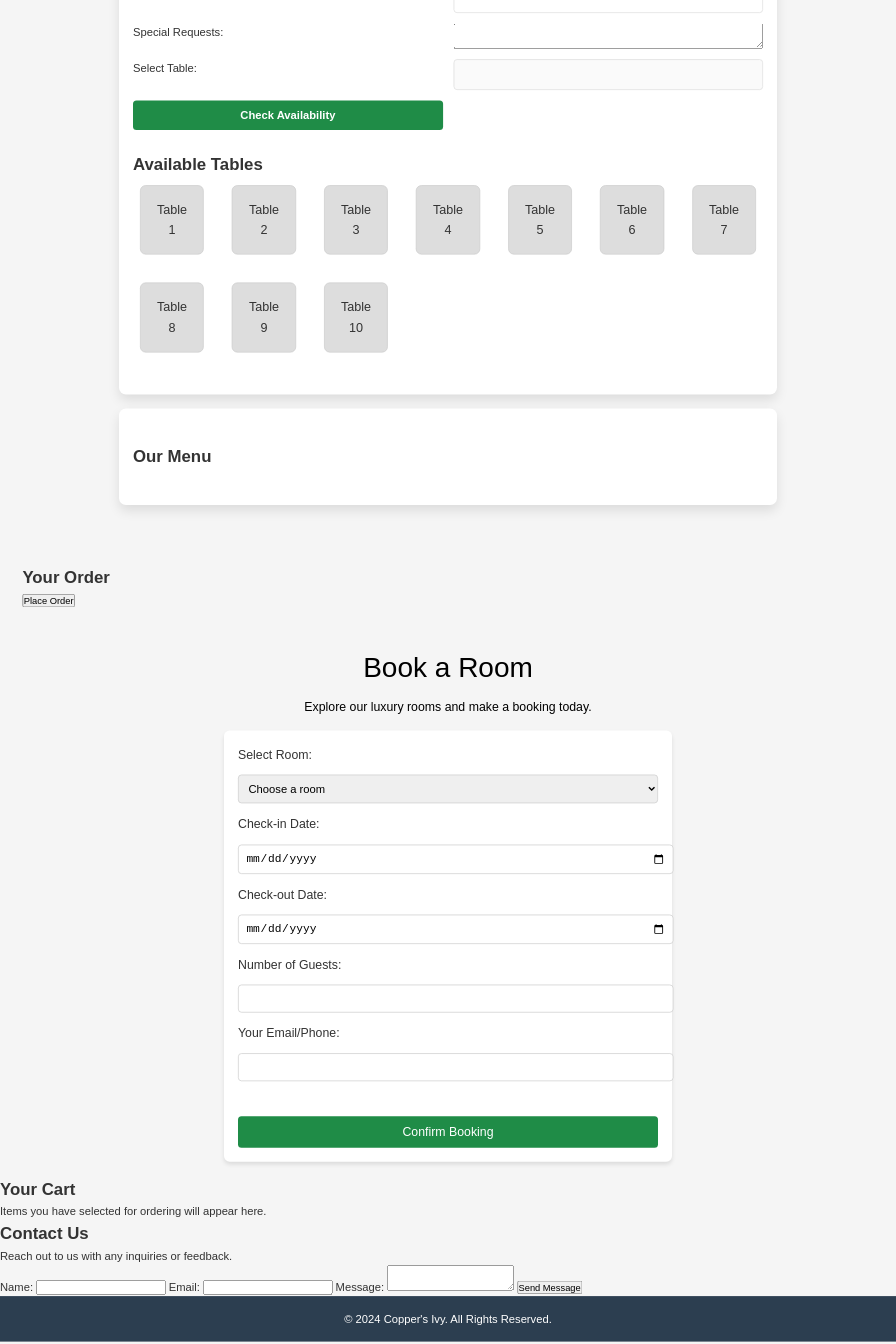
Repository: malingubarnice/Online-Reservation-System
Page: index.html
The author's editor kept a copy of each file at every save. The page is drawn from the files as they stood at one save, then again after the next save.
The browser window is 1280 px wide. The pictures show the part of the page from y = 1231 to 3151 px (the page is 3151 px tall before and 2573 px after), at 70% of full size.

Above is the page before, as saved 2025-01-06 13:56:02.

### index.html
<!DOCTYPE html>
<html lang="en">
<head>
  <meta charset="UTF-8">
  <meta name="viewport" content="width=device-width, initial-scale=1.0">
  <title>Copper's Ivy Integrated Suite</title>
  <link rel="stylesheet" href="styles.css">
</head>



<body>
  <!-- Navigation Bar -->
  <header>
    <div class="logo">
      <img src="assets/logo.jpg" alt="Copper Ivy Logo">
    </div>
    <nav class="navbar">
      <ul>
        <li><a href="#home">Home</a></li>
        <li><a href="#reservations">Reservations</a></li>
        <li><a href="#menu">Menu</a></li>
        <li><a href="#order-online">OrderOnline</a></li>
        <li><a href="#rooms">Rooms</a></li>
        <li><a href="#cart">Cart</a></li>
        <li><a href="#contact">Contact Us</a></li>
      </ul>
    </nav>
  </header>




  <!-- Hero Section -->
  <section id="home" class="hero">
    <h1>Welcome to Copper's Ivy</h1>
    <p>Experience fine dining and lodging.</p>
    <a href="#reservations" class="btn">Make a Reservation</a>
  </section>

  <!-- Features Section -->
  <section class="features">
    <div class="feature">
      <h2>Reserve Your Table</h2>
      <p>Book a table effortlessly with our online reservation system.</p>
      <a href="#reservations" class="btn">Book Now</a>
    </div>
    <div class="feature">
      <h2>Order Online</h2>
      <p>Enjoy your favorite dishes delivered to your door.</p>
      <a href="#menu" class="btn">Order Now</a>
    </div>
    <div class="feature">
      <h2>Book a Room</h2>
      <p>Experience luxury lodging at Copper’s Ivy.</p>
      <a href="#rooms" class="btn">Book a Room</a>
    </div>
  </section>




  <!-- Reservations Section -->
<section id="reservations">
    <h1>Make a Reservation</h1>
    <div class="reservation-form">
        <label for="date">Select Date:</label>
        <input type="date" id="date" required>

        <label for="time">Select Time:</label>
        <input type="time" id="time" required>

        <label for="party-size">Party Size:</label>
        <input type="number" id="party-size" min="1" max="20" required>

        <!-- New fields for contact info and special requests -->
        <label for="customer-name">Name:</label>
        <input type="text" id="customer-name" required>

        <label for="contact-info">Contact Info (Email or Phone):</label>
        <input type="text" id="contact-info" required>

        <label for="special-requests">Special Requests:</label>
        <textarea id="special-requests"></textarea>

        <!-- New field to show selected table -->
        <label for="selected-table">Select Table:</label>
        <input type="text" id="selected-table" disabled> <!-- Hidden field to store the selected table -->

        <button class="reserve-btn">Check Availability</button>
    </div>

    <!-- Table Layout Section -->
    <div class="table-layout">
        <h2>Available Tables</h2>
        <div class="tables">
            <!-- Table icons dynamically loaded -->
        </div>
    </div>
</section>


  <!-- Menu Section -->
  <section id="menu">
    <h1>Our Menu</h1>
    <div class="menu-items">
      <!-- Menu items dynamically loaded -->
    </div>
  </section>

    <!-- Order Section -->
    <section id="order-online">
        <!-- Menu Items -->
        <div class="menu-items">
            <!-- Menu items dynamically loaded from the backend -->
        </div>

        <!-- Order Form -->
        <div class="order-form">
            <h2>Your Order</h2>
            <div class="order-list">
                <!-- Dynamically added ordered items will appear here -->
            </div>
            <button class="place-order-btn">Place Order</button>
        </div>
    </section>


  <!-- Rooms Section -->
<section id="rooms">
  <h1>Book a Room</h1>
  <p>Explore our luxury rooms and make a booking today.</p>

  <div class="room-list">
    <!-- Room cards dynamically loaded -->
  </div>

  <!-- Booking Form -->
  <div class="booking-form">
    <form id="room-booking-form">
      <label for="room-selection">Select Room:</label>
      <select id="room-selection" required>
        <option value="">Choose a room</option>
        <!-- Room options will be populated dynamically -->
      </select>

      <label for="check-in-date">Check-in Date:</label>
      <input type="date" id="check-in-date" required>

      <label for="check-out-date">Check-out Date:</label>
      <input type="date" id="check-out-date" required>

      <label for="guest-count">Number of Guests:</label>
      <input type="number" id="guest-count" required min="1">

      <label for="contact-info">Your Email/Phone:</label>
      <input type="text" id="contact-info" required>

      <p id="price"></p> <!-- Display room price -->

      <button type="submit">Confirm Booking</button>
    </form>
  </div>
</section>


  <!-- Cart Section -->
  <section id="cart">
    <h1>Your Cart</h1>
    <p>Items you have selected for ordering will appear here.</p>
    <div class="cart-items">
      <!-- Cart items dynamically loaded -->
    </div>
  </section>

  <!-- Contact Section -->
  <section id="contact">
    <h1>Contact Us</h1>
    <p>Reach out to us with any inquiries or feedback.</p>
    <form class="contact-form">
      <label for="name">Name:</label>
      <input type="text" id="name" required>

      <label for="email">Email:</label>
      <input type="email" id="email" required>

      <label for="message">Message:</label>
      <textarea id="message" required></textarea>

      <button type="submit" class="btn">Send Message</button>
    </form>
  </section>

  <!-- Footer -->
  <footer>
    <p>&copy; 2024 Copper's Ivy. All Rights Reserved.</p>
  </footer>


  <script src="https://cdn.botpress.cloud/webchat/v2.2/inject.js"></script>
  <script src="https://files.bpcontent.cloud/2024/12/05/06/20241205062412-612LYK8G.js"></script>


  <script src="script.js"></script>
</body>
</html>

### styles.css
/* General Reset */
body, h1, h2, p, ul, li, a, button {
    margin: 0;
    padding: 0;
    box-sizing: border-box;
}

/* Body and Layout */
body {
    font-family: 'Arial', sans-serif;
    line-height: 1.6;
    background-color: #f5f5f5;
    color: #333;
}

/* Header */
header {
    display: flex;
    justify-content: space-between;
    align-items: center;
    padding: 20px;
    background: white;
    color: #fff;
    border-bottom: 2px solid #c4ccd4;
    border-radius: 26px;
    border-style: none;
}

header .logo img {
    height: 100px;
    border-radius: 50px;
}

header nav ul {
    display: flex;
    list-style: none;
}

header nav ul li {
    margin-left: 25px;
}

header nav ul li a {
    color: rgb(10, 10, 10);
    text-decoration: none;
    font-size: 25px;
    font-weight: 500;
    transition: color 0.3s;
}

header nav ul li a:hover {
    color: #eb2630;
}

/* Hero Section */
.hero {
    background: url('assets/cookingbackground.jpg') no-repeat center center/cover;
    text-align: center;
    padding: 100px 20px;
    color: #fff;
    font-size: 28px;
}

.hero h1 {
    font-size: 36px;
    margin-bottom: 15px;
}

.hero p {
    font-size: 20px;
    margin-bottom: 20px;
}

.hero .btn {
    padding: 12px 30px;
    background-color: #1f8c47;
    color: #fff;
    text-decoration: none;
    font-weight: bold;
    border-radius: 5px;
    transition: background-color 0.3s;
}

.hero .btn:hover {
    background-color: #07e262;
}

/* Features Section */
.features {
    display: flex;
    justify-content: space-around;
    margin: 50px 20px;
}

.feature {
    background-color: #fff;
    border-radius: 10px;
    box-shadow: 0 6px 12px rgba(0, 0, 0, 0.1);
    padding: 30px;
    text-align: center;
    flex: 1;
    margin: 10px;
}

.feature h2 {
    font-size: 24px;
    margin-bottom: 10px;
}

.feature p {
    font-size: 16px;
    margin-bottom: 20px;
}

.feature .btn {
    background-color: #1f8c47;
    color: #fff;
    text-decoration: none;
    padding: 10px 25px;
    font-weight: bold;
    border-radius: 5px;
    transition: background-color 0.3s;
}

.feature .btn:hover {
    background-color: #10ce5f;
}

/* Reservations Section */
#reservations {
    padding: 50px 20px;
    background: #fff;
    margin: 20px auto;
    max-width: 900px;
    box-shadow: 0 8px 16px rgba(0, 0, 0, 0.1);
    border-radius: 10px;
}

#reservations h1 {
    font-size: 32px;
    margin-bottom: 20px;
    text-align: center;
    color: #2c3e50;
}

.reservation-form {
    display: grid;
    grid-template-columns: 1fr 1fr;
    gap: 15px;
    margin-bottom: 30px;
}

.reservation-form label {
    font-size: 16px;
    color: #333;
}

.reservation-form input, .reserve-btn {
    padding: 12px;
    border: 1px solid #ddd;
    border-radius: 5px;
    font-size: 16px;
    transition: border-color 0.3s;
}

.reservation-form input:focus {
    border-color: #27ae60;
}

.reserve-btn {
    background-color: #1f8c47;
    color: #fff;
    font-weight: bold;
    cursor: pointer;
    border: none;
    transition: background-color 0.3s;
}

.reserve-btn:hover {
    background-color: #07e262;
}

/* Table Layout */
.table-layout {
    margin-top: 20px;
}

.tables {
    display: grid;
    grid-template-columns: repeat(auto-fill, minmax(100px, 1fr));
    gap: 20px;
}

.tables .table {
    background-color: #ddd;
    padding: 20px;
    text-align: center;
    font-size: 18px;
    border-radius: 8px;
    cursor: pointer;
    transition: transform 0.3s, background-color 0.3s;
}

.tables .table:hover {
    transform: scale(1.1);
    background-color: #27ae60;
    color: #fff;
}

/* Menu Section */
#menu {
    padding: 50px 20px;
    background: #fff;
    margin: 20px auto;
    max-width: 900px;
    box-shadow: 0 8px 16px rgba(0, 0, 0, 0.1);
    border-radius: 10px;
}

.menu-items {
    display: grid;
    grid-template-columns: repeat(auto-fill, minmax(250px, 1fr));
    gap: 20px;
}

.menu-items .menu-item {
    background: #f4f4f4;
    padding: 20px;
    border-radius: 8px;
    box-shadow: 0 4px 8px rgba(0, 0, 0, 0.1);
    text-align: center;
    transition: transform 0.3s;
}

.menu-items .menu-item:hover {
    transform: scale(1.05);
    box-shadow: 0 8px 16px rgba(0, 0, 0, 0.2);
}

.menu-items img {
    max-width: 100%;
    border-radius: 5px;
}

/* Footer */
footer {
    text-align: center;
    padding: 20px;
    background-color: #2c3e50;
    color: #fff;
}

/* Responsive Design */
@media (max-width: 768px) {
    .features {
        flex-direction: column;
        align-items: center;
    }

    .feature {
        width: 100%;
        margin-bottom: 30px;
    }

    .reservation-form {
        grid-template-columns: 1fr;
    }

    .tables {
        grid-template-columns: 1fr 1fr;
    }

    .menu-items {
        grid-template-columns: 1fr 1fr;
    }
}

@media (max-width: 480px) {
    header {
        flex-direction: column;
        align-items: flex-start;
    }

    header nav ul {
        flex-direction: column;
        gap: 10px;
    }

    .hero h1 {
        font-size: 28px;
    }

    .hero p {
        font-size: 18px;
    }
}

/* Style for available tables */
.table {
    padding: 10px;
    margin: 10px;
    border: 1px solid #ccc;
    cursor: pointer;
    display: inline-block;
}

/* Highlight the selected table */
.table.selected {
    background-color: #4CAF50; /* Green background */
    color: white;
    border: 2px solid #fff;
}

/*stying order online section*/
#order-online {
    padding: 2rem;
}

.menu-item {
    border: 1px solid #ddd;
    margin: 1rem;
    padding: 1rem;
    text-align: center;
}
.order-form {
    margin-top: 2rem;
}
.order-total {
    font-weight: bold;
    margin-top: 1rem;
}


/*styling rooms*/
/* General styling for the Rooms Section */
#rooms {
    font-family: Arial, sans-serif;
    padding: 20px;
    background-color: #f5f5f5;
}

#rooms h1 {
    text-align: center;
    color: #333;
    font-size: 2.5rem;
    margin-bottom: 10px;
}

#rooms p {
    text-align: center;
    font-size: 1.1rem;
    color: #666;
    margin-bottom: 20px;
}

/* Room Listings */
.room-listings {
    display: grid;
    grid-template-columns: repeat(auto-fill, minmax(250px, 1fr));
    gap: 20px;
    margin-bottom: 30px;
}

.room-card {
    background-color: white;
    border-radius: 8px;
    box-shadow: 0 4px 6px rgba(0, 0, 0, 0.1);
    padding: 15px;
    text-align: center;
    transition: transform 0.3s ease-in-out;
}

.room-card:hover {
    transform: translateY(-5px);
}

.room-card img {
    width: 100%;
    height: 180px;
    object-fit: cover;
    border-radius: 8px;
}

.room-card h3 {
    font-size: 1.5rem;
    color: #333;
    margin: 15px 0;
}

.room-card p {
    font-size: 1.1rem;
    color: #777;
}

.room-card .price {
    font-size: 1.2rem;
    font-weight: bold;
    color: #1f8c47;
    margin-top: 10px;
}

.room-card button {
    background-color: #1f8c47;
    color: white;
    padding: 10px 15px;
    font-size: 1rem;
    border: none;
    border-radius: 5px;
    cursor: pointer;
    transition: background-color 0.3s;
}

.room-card button:hover {
    background-color: #07e262;
}

/* Booking Form Styling */
.booking-form {
    background-color: white;
    padding: 20px;
    border-radius: 8px;
    box-shadow: 0 4px 6px rgba(0, 0, 0, 0.1);
    width: 100%;
    max-width: 600px;
    margin: 0 auto;
}

.booking-form h2 {
    text-align: center;
    color: #333;
    font-size: 2rem;
    margin-bottom: 15px;
}

.booking-form form {
    display: flex;
    flex-direction: column;
    gap: 15px;
}

.booking-form label {
    font-size: 1.1rem;
    color: #333;
}

.booking-form select,
.booking-form input {
    padding: 10px;
    font-size: 1rem;
    border: 1px solid #ccc;
    border-radius: 5px;
    width: 100%;
}

.booking-form button {
    background-color: #1f8c47;
    color: white;
    padding: 12px 20px;
    font-size: 1.1rem;
    border: none;
    border-radius: 5px;
    cursor: pointer;
    transition: background-color 0.3s;
}

.booking-form button:hover {
    background-color: #07e262;
}

/* Confirmation Message */
#confirmation-message {
    font-size: 1.2rem;
    color: #333;
    margin-top: 20px;
    text-align: center;
    display: none; /* Hidden initially */
}

#confirmation-message.success {
    color: #4caf50;
}

#confirmation-message.error {
    color: #f44336;
}



/* Container for styling the rooms */
.room-list {
    display: flex;
    flex-wrap: wrap; /* Allows room cards to wrap to the next line when necessary */
    justify-content: center; /* Centers the room cards horizontally */
    gap: 20px; /* Adds space between cards */
    max-width: 80%; /* Makes the container occupy 80% of the page */
    margin: 0 auto; /* Centers the container horizontally */
}

/* Individual room card */
.room-card {
    width: 30%; /* Makes each card take up about 30% of the container's width */
    max-width: 300px; /* Optional: Set a max width for the cards */
    margin: 10px;
    padding: 15px;
    text-align: center;
    box-shadow: 0 4px 8px rgba(0, 0, 0, 0.1);
    background-color: #fff;
    border-radius: 10px;
    box-sizing: border-box;
}

/* Image inside room card */
.room-card img {
    width: 100%; /* Ensures the image stretches across the container */
    height: auto; /* Keeps aspect ratio intact */
    object-fit: contain; /* Ensures the full image is visible */
}

@media (max-width: 768px) {
    .room-card {
        width: 100%; /* Makes room cards stack on smaller screens */
    }
}

/* Target the specific booking room section and make the font weight lighter */
#rooms {
    color: black; /* Keeps the text color black */
    font-weight: lighter; /* Makes the font weight lighter */
}

/* Target the room cards within the booking room section */
#rooms .room-card {
    color: black; /* Ensures room card text is black */
    font-weight: lighter; /* Makes the room card text lighter */
}

/* You can also target specific elements like titles and descriptions, if necessary */
#rooms h1, #rooms p, #rooms .room-name, #rooms .room-description {
    color: black; /* Sets the text to black */
    font-weight: lighter; /* Reduces the font weight */
}

Loaded but not shown: script.js (265 lines, source omitted)

After the next save:
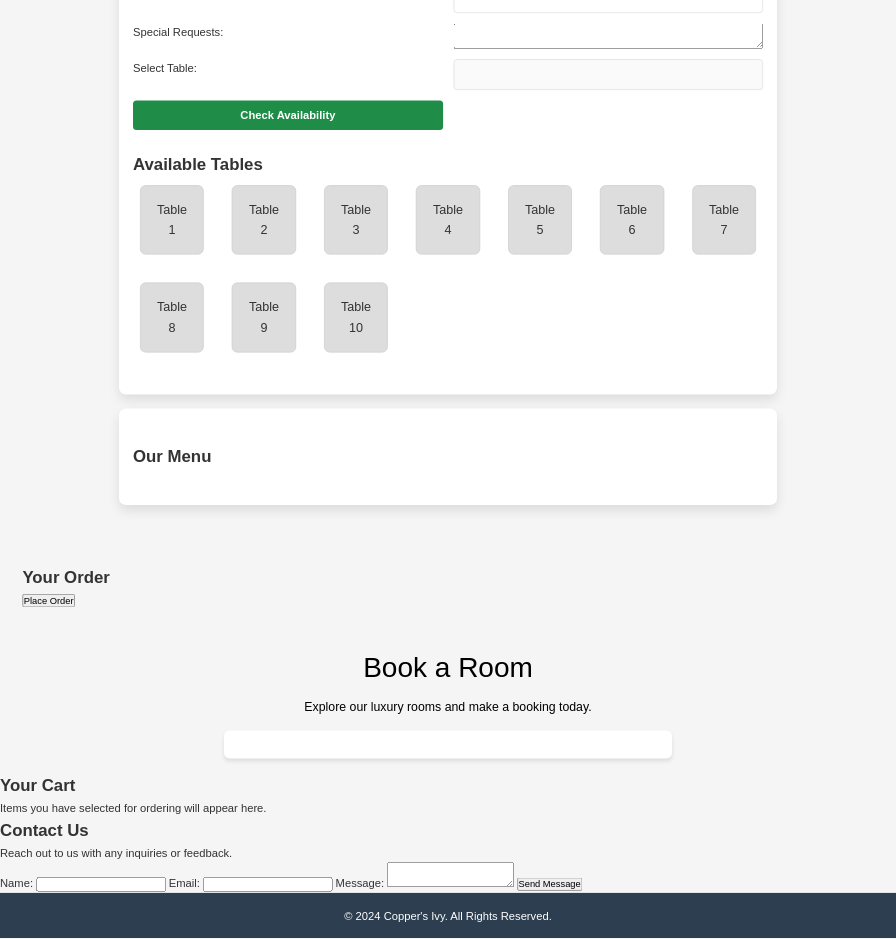
Saved 13 min 48 s later.
--- a/index.html
+++ b/index.html
@@ -138,27 +138,7 @@
   <!-- Booking Form -->
   <div class="booking-form">
     <form id="room-booking-form">
-      <label for="room-selection">Select Room:</label>
-      <select id="room-selection" required>
-        <option value="">Choose a room</option>
-        <!-- Room options will be populated dynamically -->
-      </select>
 
-      <label for="check-in-date">Check-in Date:</label>
-      <input type="date" id="check-in-date" required>
-
-      <label for="check-out-date">Check-out Date:</label>
-      <input type="date" id="check-out-date" required>
-
-      <label for="guest-count">Number of Guests:</label>
-      <input type="number" id="guest-count" required min="1">
-
-      <label for="contact-info">Your Email/Phone:</label>
-      <input type="text" id="contact-info" required>
-
-      <p id="price"></p> <!-- Display room price -->
-
-      <button type="submit">Confirm Booking</button>
     </form>
   </div>
 </section>
